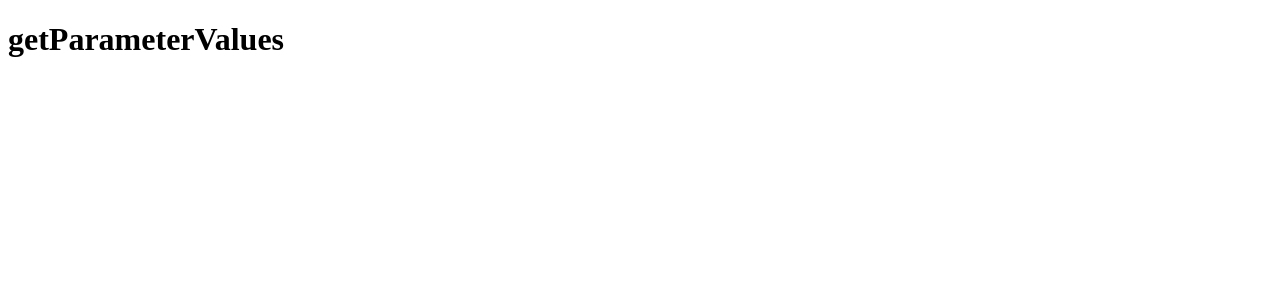
Repository: seminocoe/JSP_STUDY
Page: http://localhost/ServletProject/login/Sport.jsp
The author's editor kept a copy of each file at every save. The page is drawn from the files as they stood at one save, then again after the next save.
The browser window is 1280 px wide. The pictures show the whole page.
The page is served by Tomcat 9. Other server files are loaded and not shown.

Above is the page before, as saved 2022-07-29 01:48:44.

### ServletProject/src/main/webapp/login/Sport.jsp
<%@ page language="java" contentType="text/html; charset=UTF-8"
    pageEncoding="UTF-8"%>
<!DOCTYPE html>
<html>
<head>
<meta charset="UTF-8">
<title>취미와 성별</title>
</head>
<body>
	<h1>getParameterValues</h1>
</body>
</html>

After the next save:
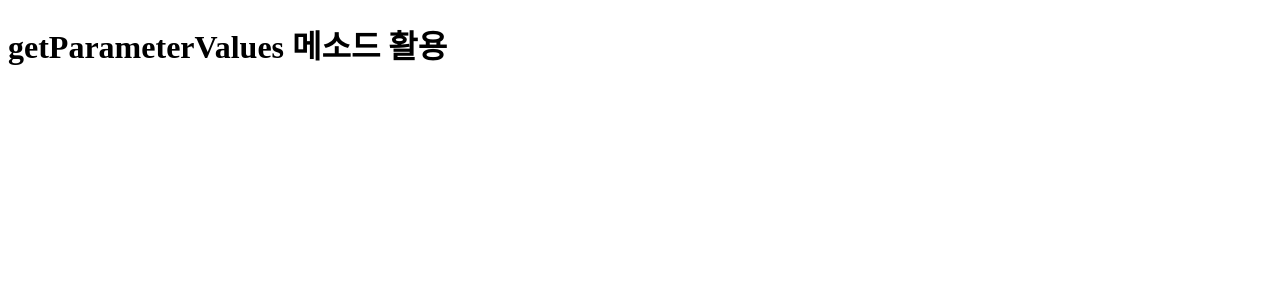
Saved 14 s later.
--- a/ServletProject/src/main/webapp/login/Sport.jsp
+++ b/ServletProject/src/main/webapp/login/Sport.jsp
@@ -7,6 +7,6 @@
 <title>취미와 성별</title>
 </head>
 <body>
-	<h1>getParameterValues</h1>
+	<h1>getParameterValues 메소드 활용</h1>
 </body>
 </html>
